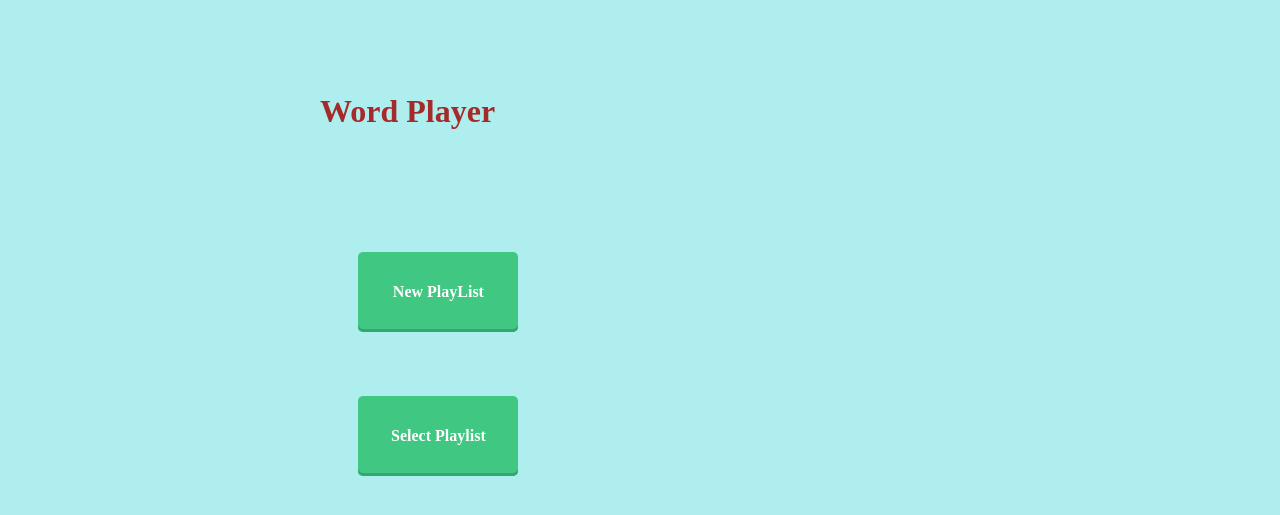
Repository: Artem-Brunov/msu_prac
Page: workspace/BasicUI/index.html
An editor plug-in stored every save of this project. The page is shown before and after the next save, followed by the edit.
The browser window is 1280 px wide. The pictures show the whole page.

Above is the page before, as saved 2017-11-19 19:41:07.

### workspace/BasicUI/index.html
<!DOCTYPE html>
<html>

<head>
    <meta charset="utf-8" />
    <meta name="viewport" content="width=device-width, initial-scale=1.0, maximum-scale=1.0">
    <meta name="description" content="Tizen Mobile Web Basic Template" />

    <title>Tizen Mobile Web Basic Application</title>

    <link rel="stylesheet" type="text/css" href="css/style.css" />
</head>

<body>
	<div class = "main">
		<div class = "titl">
			<h1>Word Player</h1>
		</div>
		<div class = "New">
			<div class = "Centr">
				<a href = "" class = "first_button">New PlayList</a>
			</div>
		</div>
		<div class = "Select">
			<div class = "Centr">
				<a href = "" class = "first_button" >Select Playlist</a>
			</div>
		</div>

	</div>


</body>

</html>

### workspace/BasicUI/css/style.css
html,
body {
    width: 100%;
    height: 100%;
    margin: 0 auto;
    padding: 0;
    background: PaleTurquoise;
 }
 .titl{

 	position: absolute;
 	left: 25%;
 	top: 10%;
 	color: Brown;
 }
 a.first_button {

	display: block;
	width: 160px;
	height: 80px;
  	line-height: 5em;
	border-radius: 5px;
 	background: rgb(64,199,129);
	box-shadow: 0 -3px rgb(53,167,110) inset;
	font-weight: 900;
  	color: white;
  	text-align: center;
  	text-decoration: none;
  	transition: 0.2s;
}
a.first_button:hover { background: rgb(53, 167, 110); }
a.first_button:active {
  background: rgb(33,147,90);
  box-shadow: 0 3px rgb(33,147,90) inset;
}
.New {
	position: absolute;
  	top: 35%;
  	left: 28%;

}
.Select {
	position: absolute;
  	top: 55%;
  	left: 28%;

}

After the next save:
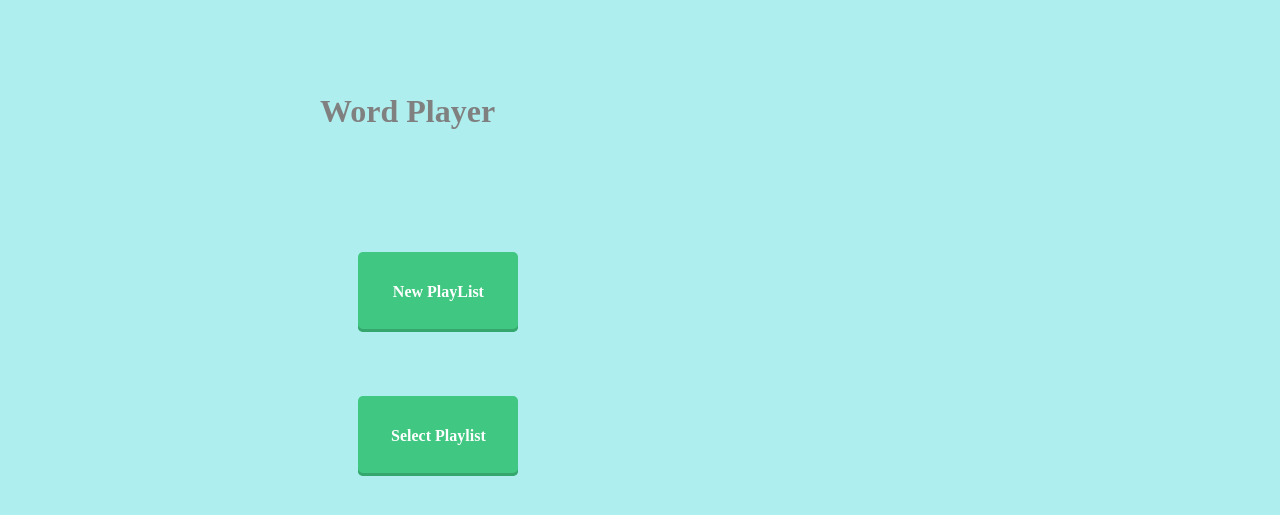
Saved 23 s later.
--- a/workspace/BasicUI/css/style.css
+++ b/workspace/BasicUI/css/style.css
@@ -11,7 +11,7 @@ body {
  	position: absolute;
  	left: 25%;
  	top: 10%;
- 	color: Brown;
+ 	color: Gray;
  }
  a.first_button {
 
